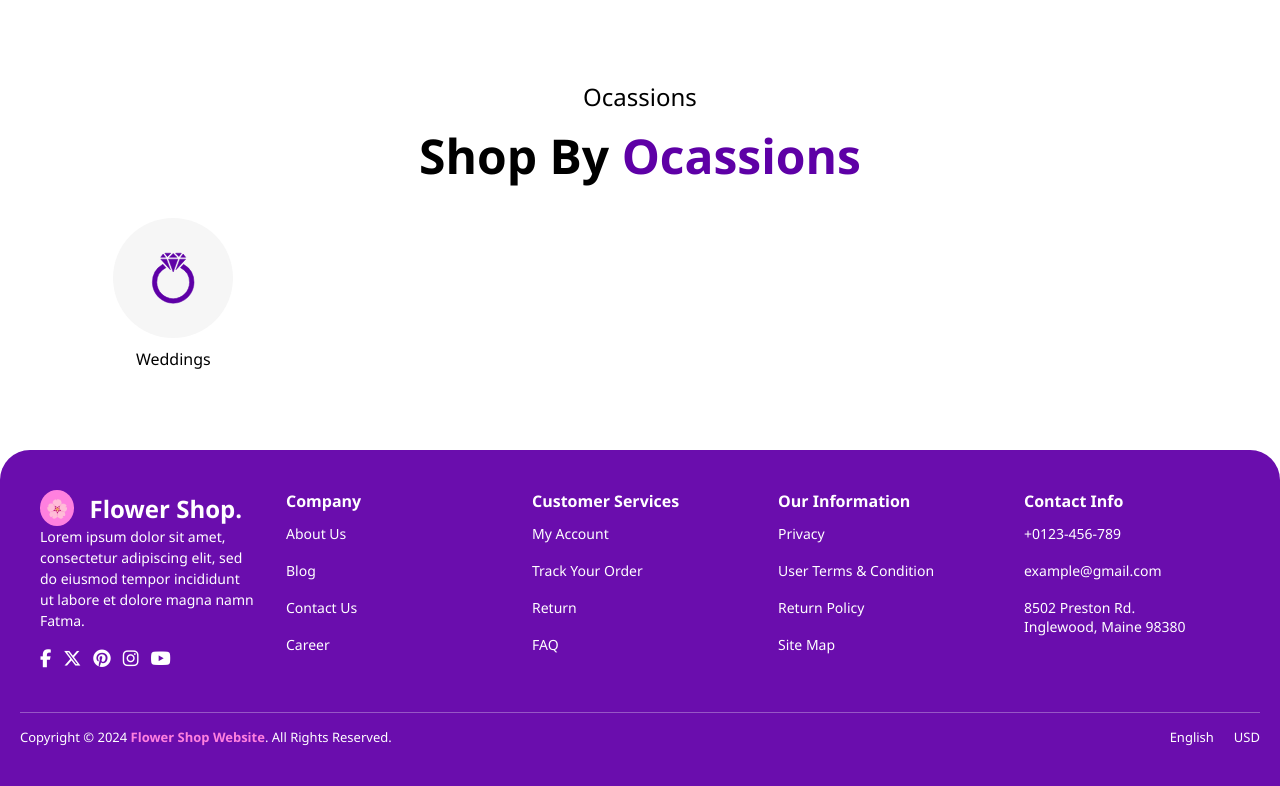
Repository: HabibaYossre/BellaFlora-Store
Page: / (app in client/)
These files come from the project's save history. The page is drawn as it stood at one moment and after the next save; the edit follows.
The browser window is 1280 px wide. The pictures show the part of the page from y = 719 to 1505 px (the page is 1505 px tall).
The project was rebuilt for these pictures with package versions that can differ from the ones it lists, and the page was loaded fresh each time. Also part of the build but not shown: client/src/components/registration/Login.js, client/src/components/registration/SignUp.js, client/src/components/home/Home.css, client/src/components/Subscribe/Subscribe.css, client/src/components/Subscribe/Subscribe.js, client/src/components/Marquee/Marquee.css, client/src/components/Marquee/Marquee.js, client/src/components/Shipping/Shipping.css and 34 more.

Above is the page before, as saved 2025-08-31 01:28:37.

### client/src/index.js
import React from "react";
import ReactDOM from "react-dom/client";
import { BrowserRouter } from "react-router-dom";
import App from "./App";
import "./index.css";

const root = ReactDOM.createRoot(document.getElementById("root"));
root.render(
  <BrowserRouter>
   <App></App>
  </BrowserRouter>
);

### client/src/App.js
import { Routes, Route } from "react-router-dom";
import Login from "./components/registration/Login";
import SignUp from "./components/registration/SignUp";
import Home from "./components/home/Home";
import Header from './components/Header/Header'
import Checkmail from "./components/registration/Checkmail";
import Search from "./components/search/Search";
import Allproducts from "./components/allProducts/Allproducts";
import "@fortawesome/fontawesome-free/css/all.min.css";
import Cart from "./components/Cart/Cart";
import Wishlist from "./components/Wishlist/Wishlist";
import Order from "./components/Order/Order";

import Resetpass from "./components/registration/Resetpass";
import ErrorPage from "./components/ErrorPage/ErrorPage";
import ContactUs from "./components/ContactUs/ContactUs";

import Main from "./components/main/Main"
import Footer from "./components/Footer/Footer";
import Ocassions from "./components/occasions/Ocassions";


function App() {
  return (
    <>
    <Header></Header>
    <Routes>
      <Route path="/" element={<Main />}/>
      <Route path="/auth/login" element={<Login />} />
      <Route path="/Home" element={<Home />} />
      <Route path="/auth/signup" element={<SignUp />} />
      <Route path="/S" element={<Search />} />
      <Route path="/Allproducts" element={<Allproducts />} />
      <Route path="/Cart" element={<Cart />} />
      <Route path="/Wishlist" element={<Wishlist />} />
      <Route path="/Order" element={<Order />} />
      <Route path="/Reset" element={<Resetpass />} />
      <Route path="/Checkmail" element={<Checkmail />} />
      <Route path="/*" element={<ErrorPage />} />
      <Route path="/ContactUs" element={<ContactUs />} />


    </Routes>
    <Ocassions></Ocassions>
<Footer></Footer>
</>
);
{/* <>
<Header></Header>
<Main></Main>
</> */}
//   </>

}

export default App;

### client/src/index.css
:root {
  --primary-color: #5e00a6;
  --secondary-color: #FE91E8;
  --text-color: #323232;
  --background-color: #F6F6F6;
  --stars-color: #FAB125;
}
*{
  padding: 0;
  margin: 0;
  box-sizing: border-box;
  font-family: 'Segoe UI', Tahoma, Geneva, Verdana, sans-serif;
}

a{
  text-decoration: none;
}
li{
  list-style: none;
}

.btns{
  padding: 10px 20px;
  margin-right: 6px;
  background: transparent;
  border: none;
  border-radius: 5px;
  color:white ;
  background-color: #5e00a6;
  cursor: pointer;
  font-size: 1rem;
}

### client/src/components/Header/Header.js
import React, { useState } from 'react';
import "./Header.css";
import { NavLink } from 'react-router-dom';


function Header() {
  const [menuOpen, setMenuOpen] = useState(false);

  return (
    <header>
      {/* ---------- Top Bar ---------- */}
      <div className="top-bar">
        <div className="left">
          <span>Call Us : +123-456-789</span>
        </div>
        <div className="center">
          <span>
            Sign up and <b>GET 20% OFF</b> for your first order.{" "}
            <NavLink to="/auth/signup">Sign up now</NavLink>
          </span>
        </div>
        <div className="right">
          <a href="#"><i className="fab fa-facebook-f"></i></a>
          <a href="#"><i className="fab fa-x-twitter"></i></a>
          <a href="#"><i className="fab fa-pinterest"></i></a>
          <a href="#"><i className="fab fa-instagram"></i></a>
          <a href="#"><i className="fab fa-youtube"></i></a>
        </div>
      </div>

      {/* ---------- Navbar ---------- */}
      <nav className="navbar">
        <div className="logo">
          <span className="logo-icon">🌸</span>
          <span className="logo-text">Flower Shop.</span>
        </div>

        {/* Hamburger Icon */}
        <div className="menu-toggle" onClick={() => setMenuOpen(!menuOpen)}>
          <i className={menuOpen ? "fas fa-times" : "fas fa-bars"}></i>
        </div>

        {/* Nav Links */}
        <ul className={`nav-links ${menuOpen ? "active" : ""}`}>
          <li><NavLink to="/Home">Home</NavLink></li>
          <li><NavLink to="/Shop">Shop</NavLink></li>
          <li><NavLink to="/Ossions">Occasions</NavLink></li>
          <li><NavLink to="/AboutUs">About Us</NavLink></li>
          <li><NavLink to="/ContactUs">Contact Us</NavLink></li>
          <li><NavLink to="/Blogs">Blogs</NavLink></li>
        </ul>

        {/* Icons */}
        <div className="icons">
          <NavLink to="/search"><i className="fas fa-search"></i></NavLink>
          <NavLink to="/Wishlist"><i className="far fa-heart"></i></NavLink>
          <NavLink to="/Cart"><i className="fas fa-shopping-bag"></i></NavLink>
          <NavLink to="/User"><i className="far fa-user"></i></NavLink>
        </div>
      </nav>
    </header>
  );
}

export default Header;

### client/src/components/main/Main.js
import React from "react";
import { Link } from "react-router-dom";
import "./Main.css";
import { GiFlowers } from "react-icons/gi";
import { FaArrowRight } from "react-icons/fa";

function Main() {
  return (
      <div className="main-container">
          <div className="layout">
      <div className="left-section">
        {/* slogan begin */}
        <div className="slogan">
          <span>
            <GiFlowers />
          </span>
          Your Trusted Online Flower Shop
        </div>
        {/* slogan end */}
        {/* header begin */}
        <h1 className="main-header">
          The Ultimate <span>Flower Shopping Destination</span>
        </h1>
        {/* header end */}
        {/* subHeader begin */}
        <div className="subHeader">
          Brighten every moment with our handpicked fresh blooms. Fast delivery,
          beautiful arrangements, and smiles guaranteed!
        </div>
        {/* subHeader end */}

        {/* shop now section begin */}
        <div className="shop-now">
          <div className="btns main-btn">
            Shop Now
            <span>
              <FaArrowRight />
            </span>
          </div>
          <span>
            <Link className="main-link" to="/Allproducts">View All Products</Link>
          </span>
        </div>
        {/* shop now section end */}
      </div>
      </div>
    </div>


  );
}
export default Main;

### client/src/components/Footer/Footer.js

import React from 'react';
import "./Footer.css";




function Footer() {

  return (

      <footer className="footer">
      <div className="footer-container">

        <div className="footer-section">
          <div className="footer-logo">
            <span className="logo-icon">🌸</span>
            <h2>Flower Shop.</h2>
          </div>
          <p>
            Lorem ipsum dolor sit amet, consectetur adipiscing elit, sed do
            eiusmod tempor incididunt ut labore et dolore magna namn Fatma.
          </p>
         <div className="footer-social">
          <a href="#"><i className="fab fa-facebook-f"></i></a>
          <a href="#"><i className="fab fa-x-twitter"></i></a>
          <a href="#"><i className="fab fa-pinterest"></i></a>
          <a href="#"><i className="fab fa-instagram"></i></a>
          <a href="#"><i className="fab fa-youtube"></i></a>
        </div>
        </div>

        {/* Company */}
        <div className="footer-section">
          <h3>Company</h3>
          <ul>
            <li><a href="#">About Us</a></li>
            <li><a href="#">Blog</a></li>
            <li><a href="#">Contact Us</a></li>
            <li><a href="#">Career</a></li>
          </ul>
        </div>

        {/* Customer Services */}
        <div className="footer-section">
          <h3>Customer Services</h3>
          <ul>
            <li><a href="#">My Account</a></li>
            <li><a href="#">Track Your Order</a></li>
            <li><a href="#">Return</a></li>
            <li><a href="#">FAQ</a></li>
          </ul>
        </div>

        {/* Our Information */}
        <div className="footer-section">
          <h3>Our Information</h3>
          <ul>
            <li><a href="#">Privacy</a></li>
            <li><a href="#">User Terms & Condition</a></li>
            <li><a href="#">Return Policy</a></li>
            <li><a href="#">Site Map</a></li>

          </ul>
        </div>

        {/* Contact Info */}
        <div className="footer-section">
          <h3>Contact Info</h3>
          <ul>
            <li>+0123-456-789</li>
            <li>example@gmail.com</li>
            <li>8502 Preston Rd. <br/> Inglewood, Maine 98380</li>
          </ul>
        </div>
      </div>

      {/* Bottom Section */}
      <div className="footer-bottom">
        <p>Copyright © 2024 <b>Flower Shop Website</b>. All Rights Reserved.</p>
        <div className="footer-lang">
          <span>English </span>
          <span>USD </span>
        </div>
      </div>
    </footer>
      );
};




export default Footer;

### client/src/components/occasions/Ocassions.js
import React from "react";
import "./Occasions.css";
import { GiBigDiamondRing } from "react-icons/gi";

function Ocassions() {
  return (
    <div className="ocassions-container">
      <div className="headers">
        <div className="subheader">Ocassions</div>
        <h2 className="ocassions-mainHeader">Shop By <span>Ocassions</span></h2>
      </div>

      <div className="ocassions-types">
        <div className="ocasssion">
            <div className="icon-container">
                <GiBigDiamondRing />
            </div>
            <div className="ocasssion-name">Weddings</div>
        </div>
      </div>

    </div>
  );
}
export default Ocassions;

### client/src/components/registration/Login.css

.login-container {
  display: flex;
  justify-content: center;
  align-items: center;
  height: 100vh;
  background: linear-gradient(135deg, #270030, #5c2782, #36025b);
 display: flexbox;

background-size:contain;
  background-color: var(--background-color);

}
.forgetpass{
  color: #6a0dad;
  text-decoration: none;
  font-size: 14px;
  margin-top: 0px;


}

.login-container form {
  background: #fff;
  padding: 30px 40px;
  border-radius: 50 px;
  box-shadow: 0 6px 20px rgba(205, 205, 205, 0.15);
  width: 450px;

}

.login-container h2 {

  margin-bottom: 25px;
  color: #333;
}


.login-container label {
  display: block;
  font-weight: 600;
  margin-bottom: 6px;
  color: #323232;

}

.login-container input {
  width: 93%;
  padding: 10px;
  margin-bottom: 5px;
  border-radius: 8px;
  border: 1px solid #ccc;
  outline: none;
  transition: border 0.3s ease;
}

.login-container input:focus {
  border-color: #6a0dad;
  box-shadow: 0 0 4px rgba(106, 13, 173, 0.3);
}
.login-container input[type="checkbox"] {
  width: auto;
  margin-right: 10px;
}

.login-container button {
  width: 100%;
  padding: 12px;
  border: none;
  border-radius: 8px;
  background: #36025b;
  color: #fff;
  font-size: 16px;
  font-weight: bold;
  cursor: pointer;
  align-items: center;
  margin-top: 10px;

}

.login-container button:hover {
  background: #7f0ed0;
}
















/* Top Bar */
.top-bar {
  background: #6a0dad; /* Purple color */
  color: white;
  display: flex;
  justify-content: space-between;
  align-items: center;
  padding: 8px 20px;
  font-size: 14px;
 height: 50px;
}

.top-bar a {
  color: rgb(255, 255, 255);
  text-decoration: underline;
  margin-left: 5px;
}

.center a{
  color: rgb(236, 94, 206);

}

.top-bar .right a {
  margin-left: 10px;
  font-size: 16px;
}

/* Navbar */
.navbar {
  display: flex;
  justify-content: space-between;
  align-items: center;
  padding: 15px 40px;
  background: #fff;
  box-shadow: 0 2px 5px rgba(0,0,0,0.05);
}

.logo {
  display: flex;
  align-items: center;
  font-weight: bold;
  font-size: 20px;
}

.logo-icon {
  font-size: 24px;
  margin-right: 5px;
}

.logo-text {
  color: #000;
}

.nav-links {
  display: flex;
  list-style: none;
  gap: 20px;
}

.nav-links a {
  text-decoration: none;
  color: #000;
  font-weight: 500;
}

.nav-links a:hover {
  color: #6a0dad;
}

.icons a {
  margin-left: 15px;
  font-size: 14px;
  color: #000;
}
.icons a:hover {
  color: #6a0dad;
}
.footer {
  background-color: #6a0dad; /* Purple background */
  color: white;
  padding: 40px 20px;
  border-radius: 20px 20px 0 0;
  font-family: Arial, sans-serif;
}

.footer-container {
  display: grid;
  grid-template-columns: repeat(auto-fit, minmax(180px, 1fr));
  gap: 30px;
  max-width: 1200px;
  margin: 0 auto;
}

.footer-section h3 {
  margin-bottom: 12px;
  font-size: 16px;
  font-weight: bold;
}

.footer-section p {
  font-size: 14px;
  line-height: 1.5;
  margin-bottom: 15px;
}

.footer-section ul {
  list-style: none;
  padding: 0;
}

.footer-section ul li {
  margin-bottom: 8px;
  font-size: 14px;
}

.footer-section ul li a {
  color: white;
  text-decoration: none;
  transition: color 0.3s;
}

.footer-section ul li a:hover {
  color: #ff80df;
}

.footer-logo {
  display: flex;
  align-items: center;
  gap: 10px;
  font-weight: bold;
}

.logo-icon {
  background: #ff80df;
  border-radius: 50%;
  padding: 6px;
  font-size: 18px;
}

.footer-social {
  display: flex;
  gap: 12px;
  font-size: 18px;
}

.footer-social a {
  color: white;
  transition: color 0.3s;
}

.footer-social a:hover {
  color: #ff80df;
}

.footer-bottom {
  margin-top: 40px;
  border-top: 1px solid rgba(255, 255, 255, 0.3);
  padding-top: 15px;
  display: flex;
  flex-direction: column;
  align-items: center;
  justify-content: space-between;
  gap: 10px;
  font-size: 13px;
}

.footer-lang {
  display: flex;
  gap: 20px;
}
.signup-link {
margin: 40px;
  color: #020202;
  text-decoration: none;
  text-align: center;
}
.signup-link a{
  color: #6a0dad;

}

@media (min-width: 768px) {
  .footer-bottom {
    flex-direction: row;
  }
}

### client/src/components/Header/Header.css
.top-bar {
  background: #6a0dad; /* Purple color */
  color: white;
  display: flex;
  justify-content: space-between;
  align-items: center;
  padding: 8px 20px;
  font-size: 14px;
 height: 45px;
}

.top-bar a {
  color: rgb(255, 255, 255);
  text-decoration: underline;
  margin-left: 5px;

}

.center a{
  color: rgb(236, 94, 206);

}

.top-bar .right a {
  margin-left: 10px;
  font-size: 16px;
}

/* Navbar */
.navbar {
  display: flex;
  justify-content: space-between;
  align-items: center;
  padding: 15px 40px;
  background: #fff;
  box-shadow: 0 2px 5px rgba(0,0,0,0.05);
}

.logo {
  display: flex;
  align-items: center;
  font-weight: bold;
  font-size: 20px;
}

.logo-icon {
  font-size: 24px;
  margin-right: 5px;
}

.logo-text {
  color: #000;
}

.nav-links {
  display: flex;
  list-style: none;
  gap: 20px;
}

.nav-links a {
  text-decoration: none;
  color: #000;
  font-weight: 500;
}

.nav-links a:hover {
  color: #6a0dad;
}

.icons a {
  margin-left: 15px;
  font-size: 14px;
  color: #000;
}
.icons a:hover {
  color: #6a0dad;
}

### client/src/components/main/Main.css

.main-container{
    background-image: url("../../../public/images/mainBackground.jpg");
    background-size: cover;
    height: calc(100vh - 45px - 67px);
    background-position:top;
    /* display: grid;
    grid-template-columns: 2fr 1fr; */
    padding: 5rem 6rem ;
}


.slogan{
    background-color: #E9CCF6;
    padding: 0.6rem;
    max-width: 27rem;
    border-radius: 50px;
    display: flex;
    align-items: center;
    gap: 0.7rem;
    font-weight: 600;
    font-size: 1.4rem;
}
.slogan span{
    background-color: white;
  width: 40px;
  height: 40px;
    border-radius:50%;
    color: var(--primary-color);
    display: flex;
    align-items: center;
    justify-content: center;
}
.slogan span svg{
   stroke-width: 6;
   font-size: 1.5rem;
}
.main-header{
    padding-top: 1.5rem;
    font-size: 4rem;
    max-width: 700px;
}
.main-header span{
    color: var(--primary-color);
}

.subHeader{
    padding-top: 1.5rem;
    max-width: 490px;
    font-weight: 400;
  color: rgb(87, 86, 86);
  font-size: 1.1rem;
}
.shop-now{

    padding-top: 1.5rem;
    display: flex;
    align-items: center;
    gap: 20px;

}
.main-btn{
    max-width: 180px;
    display: flex;
    align-items: center;
    gap: 10px;
}
.main-btn span svg{
   margin-top: 5px;
}
.main-btn:hover span svg{
    animation: slide 0.5s infinite alternate;

}
@keyframes slide {
    from{
transform: translateX(0);
    }
    to{
transform: translateX(4px);

    }
}

.main-link{
    font-size: 1.2rem;
    text-decoration: underline;
    color: var(--text-color);
    font-weight: 600;
}

@media (max-width: 768px) {

    .main-container{
        height: 100vh;
        padding: 3rem 2rem;
        background-position:left;


    }
    .slogan{
        min-width: 200px;
        font-size: 1rem;
    }
    .main-header{
        font-size: 2.5rem;
       min-width: 290px;
    }
    .subHeader{
font-size: 1rem;
    }
    .main-btn{
    min-width: 150px;
    }
}

### client/src/components/Footer/Footer.css
.footer {
  background-color: #6a0dad; /* Purple background */
  color: white;
  padding: 40px 20px;
  border-radius: 30px 30px 0 0;
  /* border-radius: 20px ; */
  /* font-family: Arial, sans-serif; */
  margin-top: 0;
}

.footer-container {
  display: grid;
  /* grid-template-columns: repeat(auto-fit, minmax(180px, 1fr)); */
  gap: 30px;
  max-width: 1200px;
  /* margin: 20px 0px 0px 0px; */
}

.footer-section h3 {
  margin-bottom: 12px;
  font-size: 16px;
  font-weight: bold;
}

.footer-section p {
  font-size: 14px;
  line-height: 1.5;
  margin-bottom: 15px;
}

.footer-section ul {
  list-style: none;
  padding: 0;
}

.footer-section ul li {
  margin-bottom: 18px;
  font-size: 14px;
}

.footer-section ul li a {
  color: white;
  text-decoration: none;
  transition: color 0.3s;
}

.footer-section ul li a:hover {
  color: #ff80df;
}

.footer-logo {
  display: flex;
  align-items: center;
  gap: 10px;
  font-weight: bold;
}

.logo-icon {
  background: #ff80df;
  border-radius: 50%;
  padding: 6px;
  font-size: 18px;
}

.footer-social {
  display: flex;
  gap: 12px;
  font-size: 18px;
}

.footer-social a {
  color: white;
  transition: color 0.3s;
}

.footer-social a:hover {
  color: #ff80df;
}

.footer-bottom {
  /* margin-top: 40px;
  border-top: 1px solid rgba(166, 16, 16, 0.3); */
  padding-top: 15px;
  display: flex;
  flex-direction: column;
  align-items: center;
  justify-content: space-between;
  gap: 10px;
  font-size: 13px;
}
b{
    color: #ff80df;
}

.footer-lang {
  display: flex;
  gap: 20px;
}
@media (max-width: 768px) {
  .container {
    flex-direction: column;
    align-items: center;
  }

  .info-card {
    width: 80%;
    margin-bottom: 20px;
  }
}

@media (min-width: 768px) {
  .footer-bottom {
    flex-direction: row;
  }
}

### client/src/components/occasions/Occasions.css
.ocassions-container {
  padding: 5rem 6rem;

}
.headers {
  margin: 0 auto;
  max-width: 450px;
  text-align: center;
}
.headers .subheader {
  font-size: 1.5rem;
}
.ocassions-mainHeader {
  font-size: 3rem;
  margin-top: 10px;
}
.ocassions-mainHeader span {
  color: var(--primary-color);
}
.ocassions-types {
display: grid;
  grid-template-columns: repeat(6, 1fr); /* 6 in a row for large screens */
  gap: 2rem;
  margin-top: 30px;

}
.icon-container {
  width: 120px;
  height: 120px;
  background-color: #f6f6f6;
  border-radius: 50%;
  display: flex;
  justify-content: center;
  align-items: center;
}
.icon-container svg {
  stroke-width: 5;
  font-size: 3.4rem;
  color: var(--primary-color);
}
.ocasssion{
    display: flex;
    flex-direction: column;
    align-items: center;
    justify-content: center;
}
.ocasssion-name {
  text-align: center;
  font-weight: 500;
  margin-top: 10px;
  font-size: 1rem;
}

@media (max-width: 1200px) {
  .ocassions-types {

    grid-template-columns: repeat(3,1fr);
  }
}
@media (max-width: 768px) {
  .ocassions-types {
    grid-template-columns: repeat(2,1fr);
  }
}
/* @media (max-width: 480px) {
  .ocassions-types {
    grid-template-columns: repeat(auto-fit, minmax(120px, 1fr));

  }
} */

Loaded but not shown: client/public/index.html (common file); client/src/components/home/Home.css (no copy from this time; the picture is the same without it); client/src/components/sidebar/colors/Colors.css (no stored copy; drawn as an empty file)

After the next save:
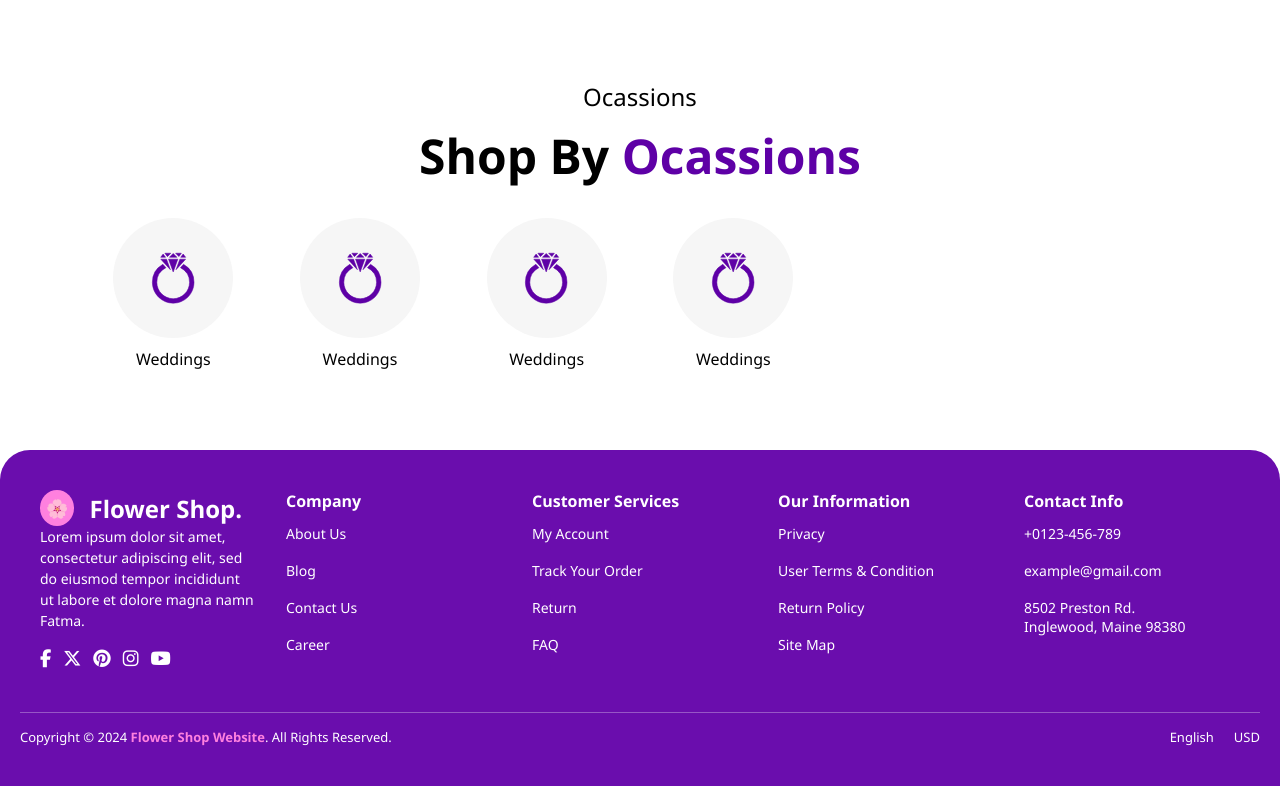
Saved 12 s later.
--- a/client/src/components/occasions/Ocassions.js
+++ b/client/src/components/occasions/Ocassions.js
@@ -17,6 +17,24 @@ function Ocassions() {
             </div>
             <div className="ocasssion-name">Weddings</div>
         </div>
+        <div className="ocasssion">
+            <div className="icon-container">
+                <GiBigDiamondRing />
+            </div>
+            <div className="ocasssion-name">Weddings</div>
+        </div>
+        <div className="ocasssion">
+            <div className="icon-container">
+                <GiBigDiamondRing />
+            </div>
+            <div className="ocasssion-name">Weddings</div>
+        </div>
+        <div className="ocasssion">
+            <div className="icon-container">
+                <GiBigDiamondRing />
+            </div>
+            <div className="ocasssion-name">Weddings</div>
+        </div>
       </div>
 
     </div>
